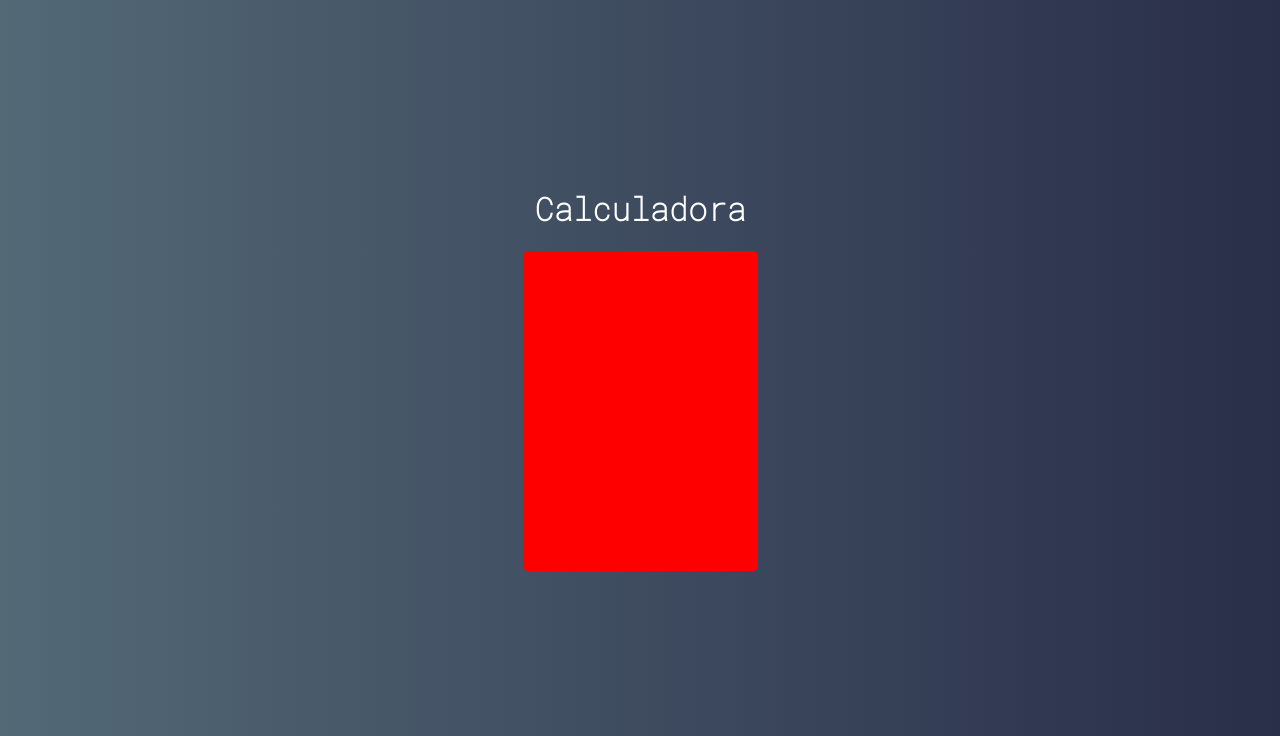
Repository: wellingtondevops/react-Calculator
Page: / (app in calculadora/)
The author's editor kept a copy of each file at every save. The page is drawn from the files as they stood at one save, then again after the next save.
The browser window is 1280 px wide. The pictures show the whole page.
The project was rebuilt for these pictures with package versions that can differ from the ones it lists, and the page was loaded fresh each time. Also part of the build but not shown: calculadora/src/components/Button.css.

Above is the page before, as saved 2020-05-07 14:17:50.

### calculadora/src/index.js
import React from 'react';
import ReactDOM from 'react-dom';
import './index.css';
import Calculator from './main/Calculator'
import * as serviceWorker from './serviceWorker';

ReactDOM.render(
  <div>
  <h1>Calculadora</h1>
  <Calculator />
  </div>,
  document.getElementById('root')
);

// If you want your app to work offline and load faster, you can change
// unregister() to register() below. Note this comes with some pitfalls.
// Learn more about service workers: https://bit.ly/CRA-PWA
serviceWorker.unregister();

### calculadora/src/index.css
@font-face {
  font-family: 'RobotoMono';
  src: url('./fonts/RobotoMono-Thin.ttf')
}

* {
  font-family: 'RobotoMOno', monospace;
}

body {
  display: flex;
  height: 100vh;
  justify-content: center;
  align-items: center;
  text-align: center;

  color: #fff;
  background: linear-gradient(to right, rgb(83, 105 , 118), rgb(41, 46, 73));


}

### calculadora/src/main/Calculator.jsx
import React, {Component} from 'react'
import './Calculator.css'
import Button from '../components/Button'

export default class Calculator extends Component {
    render() {
        return (
            <div className="calculator">

            </div>
        )
    }
}

### calculadora/src/components/Button.jsx
import React from 'react'
import './Button.css'


export default props =>
    <button className='button'>0</button>

Loaded but not shown: calculadora/public/index.html (common file); calculadora/src/serviceWorker.js (common file); calculadora/src/main/Calculator.css (common file)

After the next save:
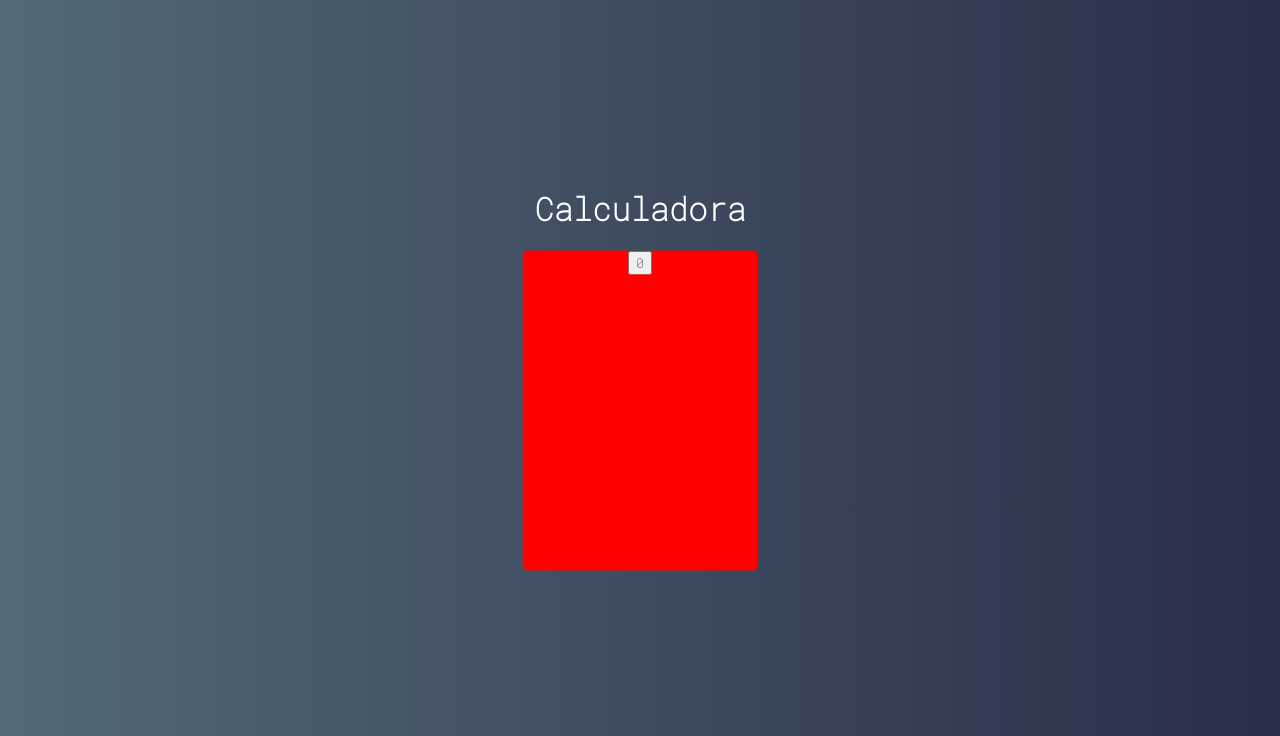
Saved 19 s later.
--- a/calculadora/src/main/Calculator.jsx
+++ b/calculadora/src/main/Calculator.jsx
@@ -6,6 +6,7 @@ export default class Calculator extends Component {
     render() {
         return (
             <div className="calculator">
+                <Button />
 
             </div>
         )
